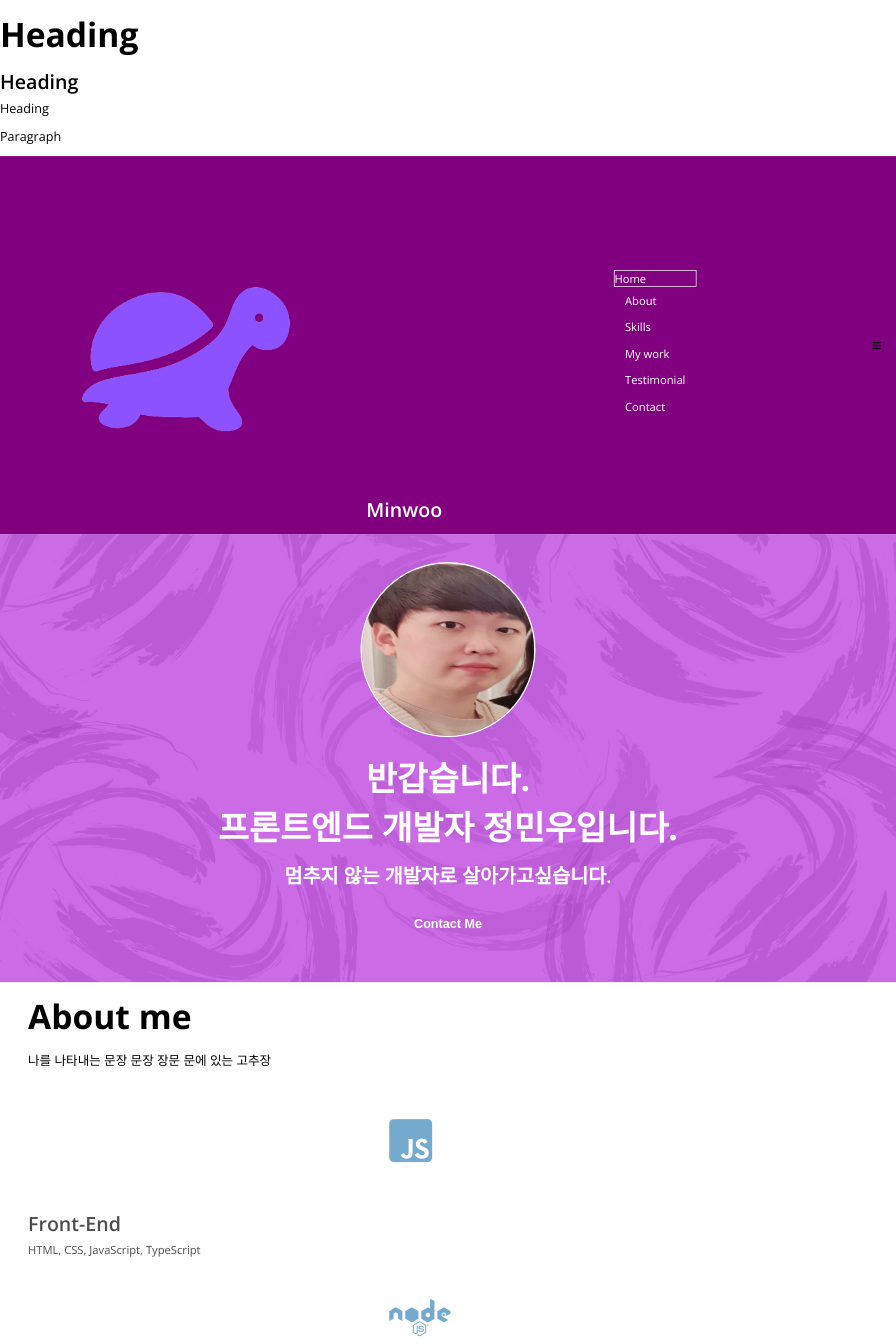
Repository: DevMinwoo-Jung/MinwooPortfolio
Page: index.html
An editor plug-in stored every save of this project. The page is shown before and after the next save, followed by the edit.
The browser window is 1280 px wide. The pictures show the part of the page from y = 0 to 1920 px (the page is 6178 px tall before and 5955 px after), at 70% of full size.

Above is the page before, as saved 2021-06-01 11:18:29.

### index.html
<!DOCTYPE html>
<html lang="en">
<head>
  <meta charset="UTF-8">
  <meta http-equiv="X-UA-Compatible" content="IE=edge">
  <meta name="viewport" content="width=device-width, initial-scale=1.0">
  <title>Minwoo's Portfolio</title>
  <meta name="description" content="(will be) world-renowned Front-End Web developer Minwoo">
  <meta name="author" content= "Minwoo Jung">
  <link rel="icon" type ="image/png" href="imgs/favicon.png">
  <link rel="stylesheet" href="https://use.fontawesome.com/releases/v5.15.3/css/all.css" integrity="sha384-SZXxX4whJ79/gErwcOYf+zWLeJdY/qpuqC4cAa9rOGUstPomtqpuNWT9wdPEn2fk" crossorigin="anonymous">
  <link rel="preconnect" href="https://fonts.gstatic.com">
<link href="https://fonts.googleapis.com/css2?family=Open+Sans:wght@400;600;700&display=swap" rel="stylesheet">
<link rel="stylesheet" href="style.css">
<script src="main.js" defer></script>
</head>
<body>
  <h1>Heading</h1>
  <h2>Heading</h2>
  <h3>Heading</h3>
  <p>Paragraph</p>
  <!-- Navbar -->
  <nav id="navbar">
    <div class="navbar__logo">
      <img src="imgs/favicon.png" alt="">
      <a href="#">Minwoo</a>
    </div>
    <div class="navbar__menu">
      <ul class="nvabar__menu">
        <li class="navbar__menu__item--active">Home</li>
        <li class="navbar__menu__item">About</li>
        <li class="navbar__menu__item">Skills</li>
        <li class="navbar__menu__item">My work</li>
        <li class="navbar__menu__item">Testimonial</li>
        <li class="navbar__menu__item">Contact</li>
      </ul>
    </div>
  <!-- Toggle Button -->
      <button class="navbar__toggle-btn">
        <i class="fas fa-bars"></i>
      </button>
  </nav>


  <!-- Home -->
  <section id="home">
    <img src="imgs/myPhoto.jpg" alt="Minwoo's profile photo" class="home__avatar">
    <h1 class="home__title">반갑습니다. <br> 프론트엔드 개발자 정민우입니다.</h1>
    <h2 class="home__description">멈추지 않는 개발자로 살아가고싶습니다.</h2>
    <button class="home__contact">Contact Me</button>
  </section>
  <!-- About -->
  <section id="about" class="section__container">
    <h1>About me</h1>
    <p>나를 나타내는 문장 문장 장문 문에 있는 고추장</p>
    <div class="about__majors">
      <div class="major">
        <div class="major__icon">
          <i class="fab fa-js-square"></i>
        </div>
        <h2 class="major__title">Front-End</h2>
        <div class="major__description">
          HTML, CSS, JavaScript, TypeScript
        </div>
      </div>
      <div class="major">
        <div class="major__icon">
          <i class="fab fa-node"></i>
        </div>
        <div class="major__title">Back-End</div>
        <div class="major__description">
          HTML, CSS, JavaScript, TypeScript
        </div>
      </div>
      <div class="major">
        <div class="major__icon">
          <i class="fab fa-react"></i>
        </div>
        <div class="major__title">Framework</div>
        <div class="major__description">
          HTML, CSS, JavaScript, TypeScript
        </div>
      </div>
    </div>
    <div class="aoubt__jobs">
      <div class="job">
        <img src="imgs/school.png" alt="" class="job__logo">
      </div>
      <div class="job__description">
        <p class="job__period">쌍용교육센터 - 2019.09 ~ 2020.04</p>
      </div>
      <div class="job">
        <img src="imgs/school.png" alt="" class="job__logo">
      </div>
      <div class="job__description">
        <p class="job__period">호서대학교 - 2012.02 ~ 2017.02</p>
      </div>
    </div>



  </section>
  <!-- Skills -->
  <section id="skills" class="section">
    <div class="section__container">
      <h1>Skills</h1>
      <h2>Skills & Attributes</h2>
      <p>
        나를 잘 포장할 말을 쓰면 된다
      </p>
      <div class="skillset">
        <div class="skillset__left">
          <h3 class="skillset__title">Skills</h3>
          <div class="skill">
            <div class="skill__description">
              <span>HTML</span>
              <span>90%</span>
            </div>
            <div class="skill__bar">
              <div class="skill__value" style="width: 99%;"></div>
            </div>
          </div>
          <div class="skill">
            <div class="skill__description">
              <span>JavaScript</span>
              <span>90%</span>
            </div>
            <div class="skill__bar">
              <div class="skill__value"  style="width: 99%;"></div>
            </div>
          </div>
          <div class="skill">
            <div class="skill__description">
              <span>CSS</span>
              <span>90%</span>
            </div>
            <div class="skill__bar">
              <div class="skill__value"  style="width: 90%;"></div>
            </div>
          </div>
          <div class="skill">
            <div class="skill__description">
              <span>TypeScript</span>
              <span>90%</span>
            </div>
            <div class="skill__bar">
              <div class="skill__value"  style="width: 85%;"></div>
            </div>
          </div>
          <div class="skill">
            <div class="skill__description">
              <span>NodeJs</span>
              <span>90%</span>
            </div>
            <div class="skill__bar">
              <div class="skill__value"  style="width: 80%;"></div>
            </div>
          </div>
        </div>
        <div class="skillset__right">
          <div class="tools">
            <h3 class="skillset__title">Tools</h3>
            <ul class="tools__list">
              <li><span>Visual Studio Code</span></li>
              <li><span>1</span></li>
              <li><span>2</span></li>
              <li><span>3</span></li>
              <li><span>4</span></li>
            </ul>
          </div>
          <div class="etc">
            <h3 class="skillset__title">Etc</h3>
            <ul class="etc__list">
              <li><span>Git</span></li>
              <li><span>Etc</span></li>
            </ul>
          </div>
        </div>
      </div>
    </div>
  </section>
  <!-- Work -->
  <section id="work" class="section">
<div class="section__container">
  <h1>My work</h1>
  <h3>Projects</h3>
  <div class="work__categories">
    <button class="category__btn active">All <span class="category__count">8</span></button>
    <button class="category__btn">Front-End <span class="category__count">3</span></button>
    <button class="category__btn">React <span class="category__count">2</span></button>
    <button class="category__btn">vanilaJs <span class="category__count">2</span></button>
    <button class="category__btn">nodeJs <span class="category__count">1</span></button>
  </div>
  <div class="work__projects">
    <a href="mygithub" class="project" target="blank" data-type="back-end">
    <img class="project__img" src="imgs/favicon.png" alt="project1">
    <!-- 이미지 추후에 넣자 -->
    <div class="project__description">
      <h3>Proejct</h3>
      <span>Clone coding with HTML and CSS</span>
    </div>
    </a>
    <a href="mygithub" class="project" target="blank" data-type="back-end">
      <img class="project__img" src="imgs/favicon.png" alt="project1">
      <!-- 이미지 추후에 넣자 -->
      <div class="project__description">
        <h3>Proejct</h3>
        <span>Clone coding with HTML and CSS</span>
      </div>
      </a>
      <a href="mygithub" class="project" target="blank" data-type="back-end">
        <img class="project__img" src="imgs/favicon.png" alt="project1">
        <!-- 이미지 추후에 넣자 -->
        <div class="project__description">
          <h3>Proejct</h3>
          <span>Clone coding with HTML and CSS</span>
        </div>
      </a>
      <a href="mygithub" class="project" target="blank" data-type="back-end">
        <img class="project__img" src="imgs/favicon.png" alt="project1">
        <!-- 이미지 추후에 넣자 -->
        <div class="project__description">
          <h3>Proejct</h3>
          <span>Clone coding with HTML and CSS</span>
        </div>
      </a>
      <a href="mygithub" class="project" target="blank" data-type="back-end">
        <img class="project__img" src="imgs/favicon.png" alt="project1">
        <!-- 이미지 추후에 넣자 -->
        <div class="project__description">
          <h3>Proejct</h3>
          <span>Clone coding with HTML and CSS</span>
        </div>
      </a>
      <a href="mygithub" class="project" target="blank" data-type="back-end">
        <img class="project__img" src="imgs/favicon.png" alt="project1">
        <!-- 이미지 추후에 넣자 -->
        <div class="project__description">
          <h3>Proejct</h3>
          <span>Clone coding with HTML and CSS</span>
        </div>
      </a>
      <a href="mygithub" class="project" target="blank" data-type="back-end">
        <img class="project__img" src="imgs/favicon.png" alt="project1">
        <!-- 이미지 추후에 넣자 -->
        <div class="project__description">
          <h3>Proejct</h3>
          <span>Clone coding with HTML and CSS</span>
        </div>
      </a>
      <a href="mygithub" class="project" target="blank" data-type="back-end">
        <img class="project__img" src="imgs/favicon.png" alt="project1">
        <!-- 이미지 추후에 넣자 -->
        <div class="project__description">
          <h3>Proejct</h3>
          <span>Clone coding with HTML and CSS</span>
        </div>
      </a>
  </div>
</div>
  </section>
  <!-- Testimonials -->
  <section id="testimonials" class="section">
<div class="section__container">
  <h1>Testmonials</h1>
  <h3>See what they say about me</h3>
  <div class="testimonials">
    <div class="testimonial">
      <img src="imgs/testimonail/people.jpg" alt="" class="testimonial__avatar">
      <div class="testimonail__speech-bubble">
        <p>Lorem Ipsum is simply dummy text of the printing and typesetting industry. Lorem Ipsum has been the industry's standard dummy text ever since the 1500s, when an unknown printer took a galley of type and scrambled it to make a type specimen book. It has survived not only five centuries, but also the leap into electronic typesetting, remaining essentially unchanged. It was popularised in the 1960s with the release of Letraset sheets containing Lorem Ipsum passages, and more recently with desktop publishing software like Aldus PageMaker including versions of Lorem Ipsum.</p>
        <p class="name"><a href="">이름</a>일한곳</p>
      </div>
    </div>
    <div class="testimonial">
      <div class="testimonail__speech-bubble">
        <p>Lorem Ipsum is simply dummy text of the printing and typesetting industry. Lorem Ipsum has been the industry's standard dummy text ever since the 1500s, when an unknown printer took a galley of type and scrambled it to make a type specimen book. It has survived not only five centuries, but also the leap into electronic typesetting, remaining essentially unchanged. It was popularised in the 1960s with the release of Letraset sheets containing Lorem Ipsum passages, and more recently with desktop publishing software like Aldus PageMaker including versions of Lorem Ipsum.</p>
        <p class="name"><a href="">이름</a>일한곳</p>
      </div>
      <img src="imgs/testimonail/people.jpg" alt="" class="testimonial__avatar">
    </div>
  </div>
</div>
  </section>
  <!-- Contact -->
  <section id="contact" class="section">
    <h1 class="contact__title">Let's talk</h1>
    <h2 class="contact__email">applejung312@gmail.com</h2>
    <div class="contact__links">
      <a href="https://github.com/DevMinwoo-Jung" target="_blank">
        <i class="fab fa-github"></i>
      </a>
      <a href="https://dev-minwoo.tistory.com/" target="_blank">
        <i class="fas fa-blog"></i>
      </a>
    </div>
    <p class="contact__right">
      2021 Minwoo Jung - All rights reseverd
    </p>
  </section>
</body>
</html>

### style.css
/* Global */
:root {
  /* Color */
  --color-white: #ffffff;
  --color-light-white: #eeeeee;
  --color-dark-white: #bdbdbd;
  --color-pink: #fe918d;
  --color-dark-pink: #ff6863;
  --color-dark-grey: #4d4d4d;
  --color-grey: #616161;
  --color-light-grey: #7c7979;
  --color-blue: #73aace;
  --color-yellow: #fff7d1;
  --color-orange: #feb546;
  --color-black: #000000;
  --color-dard-purple: rgb(78, 23, 69);

  /* Font size */
  --font-large: 48px;
  --font-medium: 28px;
  --font-regular: 18px;
  --font-small: 16px;
  --font-micro: 14px;

  /* Font weight */
  --weight-bold: 700;
  --weight-semi-bold: 600;
  --weight-regular: 400;

  /* Size */
  --size-border-radius: 4px;

  /* Animation Duration */
  --animation-duration: 300ms;
}

/* Universal tags */
* {
  box-sizing: border-box;
}

/* Typography */
h1 {
  font-size: var(--font-large);
  font-weight: var(--weight-bold);
  color: var(--color-black);
  margin: 16px 0px;
}

h2 {
  font-size: var(--font-medium);
  font-weight: var(--weight-semi-bold);
  color: var(--color-black);
  margin: 8px 0;
}

h3 {
  font-size: var(--font-regular);
  font-weight: var(--weight-regular);
  color: var(--color-black);
  margin: 8px 0;
}

p {
  font-size: var(--font-regular);
  font-weight: var(--weight-regular);
  color: var(--color-black);
  margin: 16px 0;
}

body {
  margin: 0;
  font-family: "Open Sans", sans-serif;
  cursor: default;
}

a {
  text-decoration: none;
  color: var(--color-white);
}

ul {
  list-style: none;
  padding-left: 0;
}

li {
  list-style: none;
}

button {
  background-color: transparent;
  cursor: pointer;
  border: none;
  outline: none;
}

/* Navbar */
#navbar {
  display: flex;
  justify-content: space-between;
  background-color: purple;
  align-items: center;
  color: var(--color-white);
  padding: 16px;
}

.navbar__menu {
  display: flex;
}

.navbar__menu__item {
  padding: 8px 12px;
  margin: 0 4px;
  cursor: pointer;
  color: var(--color-white);
}

.navbar__logo {
  font-size: var(--font-medium);
  font-weight: var(--weight-semi-bold);
}

.navbar__menu__item--active {
  border: 1px solid var(--color-white);
}

.navbar__menu__item:hover {
  background-color: var(--color-dard-purple);
}

/* Home */
#home {
  background: url("imgs/background\ Img.png") center/cover no-repeat;
  padding: 40px;
  text-align: center;
}

.home__avatar {
  width: 250px;
  height: 250px;
  border-radius: 50%;
  border: 2px solid var(--color-white);
}

.home__title,
.home__description {
  color: var(--color-white);
}

.home__contact {
  color: var(--color-white);
  font-size: var(--font-regular);
  font-weight: var(--weight-bold);
  margin: 24px;
  padding: 8px 12px;
  border: 2px solid (var(--color-white));
  border-radius: var(--size-border-radius);
}

/* Section common */
.section {
  margin: auto;
  padding: 50px;
  text-align: center;
}

.section__container {
  max-width: 1200px;
  margin: auto;
}

/* About */
.aoubt__majors {
  display: flex;
  justify-content: space-between;
  margin: 80px 0;
}

.major__icon {
  width: 170px;
  height: 170px;
  font-size: 70px;
  line-height: 170px;
  margin: auto;
  border: 1px solid var(--color-white);
  border-radius: 50%;
  margin-bottom: 16px;
  color: var(--color-blue);
}

.major__icon:hover i {
  color: var(--color-pink);
  transform: rotate(-30deg) scale(1.1);
}

.major__icon i {
  transition: all var(--animation-duration) ease;
}

/*
.major__icon i:hover{
  이렇게하면 i에 올려났을때만 변하지만
  위처럼하면 icon에 올렸을때 i만 변한다
  color: var(--color-pink);
  transform: rotate(-30deg) scale(1.1);
} */

.major__title,
.major__description {
  color: var(--color-dark-grey);
}

.major__description {
  font-size: var(--font-small);
}

.job {
  display: flex;
  align-items: center;
}

.job__description {
  margin: 0 16px;
  text-align: left;
}

.job__name,
.job__period {
  color: var(--color-light-grey);
}

.job__name {
  font-size: var(--font-small);
}

.job__period {
  font-size: var(--font-micro);
}

/* Skill */
#skills {
  background-color: var(--color-yellow);
}

.skillset {
  display: flex;
  background-color: var(--color-light-grey);
  color: var(--color-light-white);
  margin: 20px 0;
}

.skillset__title {
  color: var(--color-white);
}

.skillset__left {
  flex-basis: 60%;
  background-color: var(--color-dark-grey);
  color: var(--color-white);
  padding: 20px 40px;
}

.skill__description {
  display: flex;
  justify-content: space-between;
}

.skillset__right {
  flex-basis: 40%;
}

.tools {
  background-color: var(--color-grey);
}

.skill__bar {
  width: 100%;
  height: 3px;
  background-color: var(--color-grey);
}

.skill {
  margin-bottom: 32px;
}

.skill__value {
  height: 3px;
  background-color: var(--color-orange);
}

.tolls,
.etc {
  padding: 20px;
}

/* Work */
.work__categories {
  margin: 40px;
}

.category__btn {
  border: 1px solid var(--color-dark-grey);
  border-radius: var(--size-border-radius);
  font-size: var(--font-regular);
  padding: 8px 48px;
}

.category__btn.active,
.category__btn:hover {
  background-color: var(--color-pink);
  color: var(--color-white);
}

.category__btn.active,
.category__count,
.category__btn:hover .category__count {
  opacity: 1;
  top: 0;
}
.category__count {
  background-color: var(--color-orange);
  border-radius: 50%;
  color: var(--color-white);
  width: 24px;
  height: 24px;
  display: inline-block;
  line-height: 24px;
  position: relative;
  top: -20px;
  left: 4px;
  opacity: 0;
  transition: all var(--animation-duration);
}

.work__projects {
  display: flex;
  flex-wrap: wrap;
  justify-content: center;
}

.project {
  width: 280px;
  display: flex;
  justify-content: center;
  align-items: center;
  height: 250px;
  margin: 2px;
  background-color: var(--color-light-white);
  position: relative;
}

.project__img {
  max-width: 100%;
  max-height: 100%;
}

.project__description {
  position: absolute;
  top: 0;
  left: 0;
  width: 100%;
  height: 100%;
  display: flex;
  flex-direction: column;
  justify-content: center;
  opacity: 0;
  transition: all var(--animation-duration) ease-in;
}

.project:hover .project__description {
  opacity: 0.8;
  transform: translateY(0px);
}

.project__description h3 {
  color: var(--color-white);
}

.project__description h3:after {
  content: "";
  width: 25px;
  height: 25px;
  display: block;
  position: relative;
  left: 50%;
  margin-left: -12px;
  background-color: var(--color-dark-white);
}

/* Testimonial */
#testimonials {
  background-color: var(--color-dark-white);
}

.testimonials {
  margin: 40px;
}

.testimonial {
  display: flex;
  margin: 32px 0;
}

.testimonial__avatar {
  width: 150px;
  height: 150px;
  border-radius: 50%;
}

.testimonial__avatar:nth-child(odd) {
  margin-right: 40px;
}

.testimonial__avatar:nth-child(even) {
  margin-left: 40px;
}

.testimonail__speech-bubble {
  padding: 18px;
  background-color: var(--color-white);
  border-radius: var(--size-border-radius);
}

.testimonail__speech-bubble p {
  color: var(--color-light-grey);
}

.testimonail__speech-bubble a {
  color: var(--color-pink);
}

/* Contact */

#contact {
  background-color: var(--color-pink);
}

.contact__title,
.contact__email,
.contact__rights {
  color: var(--color-white);
}

.contact__title {
  margin: 32px 0;
}

.contact__links {
  font-size: var(--font-large);
  margin: 24px 0;
}

.contact__links i:hover {
  transform: scale(1.1);
  color: var(--color-yellow);
  transition: all var(--animation-duration) ease-in;
}

@media screen and (max-width: 768px) {
}

Loaded but not shown: main.js (no copy from this time; the picture is the same without it)

After the next save:
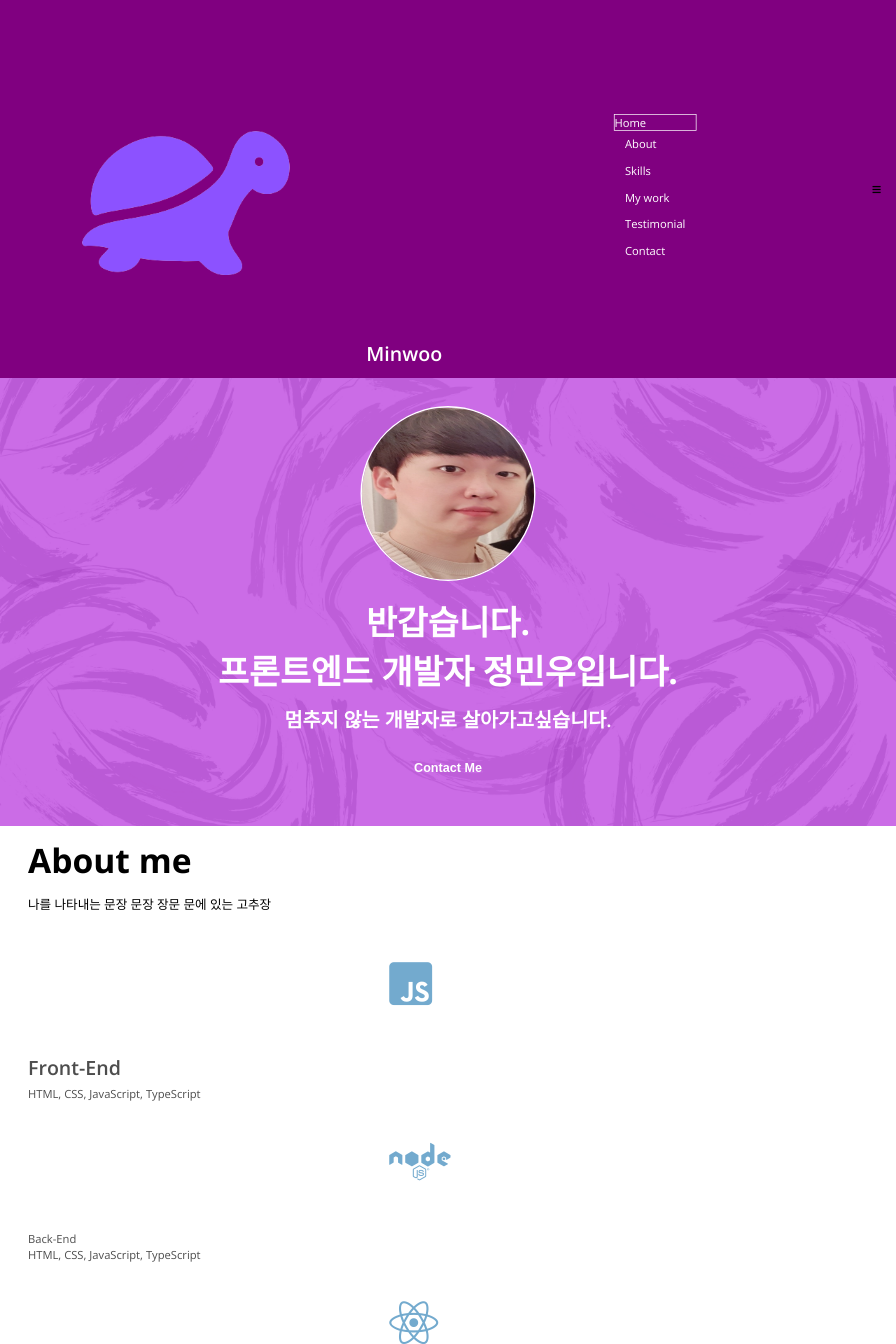
Saved 18 s later.
--- a/index.html
+++ b/index.html
@@ -15,10 +15,6 @@
 <script src="main.js" defer></script>
 </head>
 <body>
-  <h1>Heading</h1>
-  <h2>Heading</h2>
-  <h3>Heading</h3>
-  <p>Paragraph</p>
   <!-- Navbar -->
   <nav id="navbar">
     <div class="navbar__logo">
